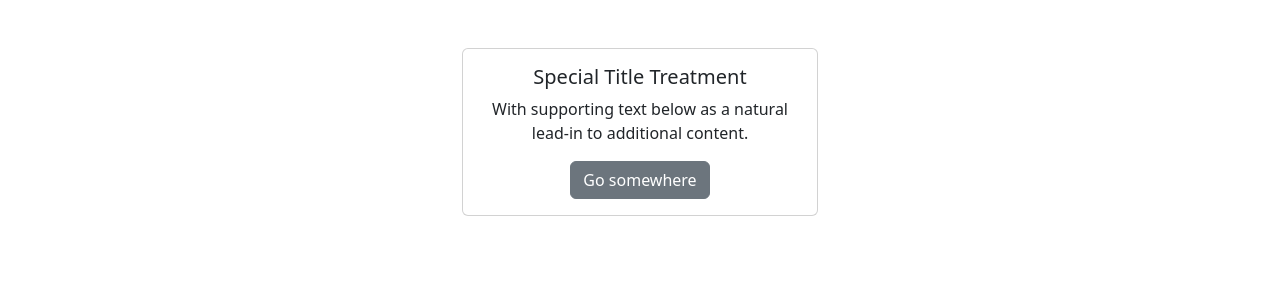
Repository: Rohit1995K/React-redux
Page: /
An editor plug-in stored every save of this project. The page is shown before and after the next save, followed by the edit.
The browser window is 1280 px wide. The pictures show the whole page.
The project was rebuilt for these pictures with package versions that can differ from the ones it lists, and the page was loaded fresh each time. Also part of the build but not shown: src/Components/CartItem.js, src/Containers/CartContainer.js, src/Components/Navbar.js.

Above is the page before, as saved 2022-10-23 23:38:51.

After the next save:
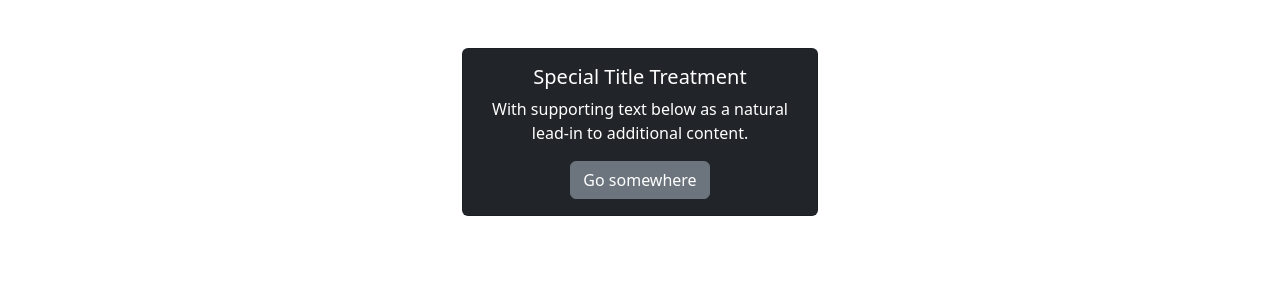
Saved 90 s later.
--- a/src/Components/Login/Login.js
+++ b/src/Components/Login/Login.js
@@ -8,7 +8,7 @@ const Login = () => {
         <div className="container">
         <div className="row">
             <div className="offset-md-4 col-md-4">
-                <Card className="mt-5">
+                <Card className="mt-5" color="dark" inverse>
                     <CardBody>
                         <CardTitle tag="h5">
                             Special Title Treatment
